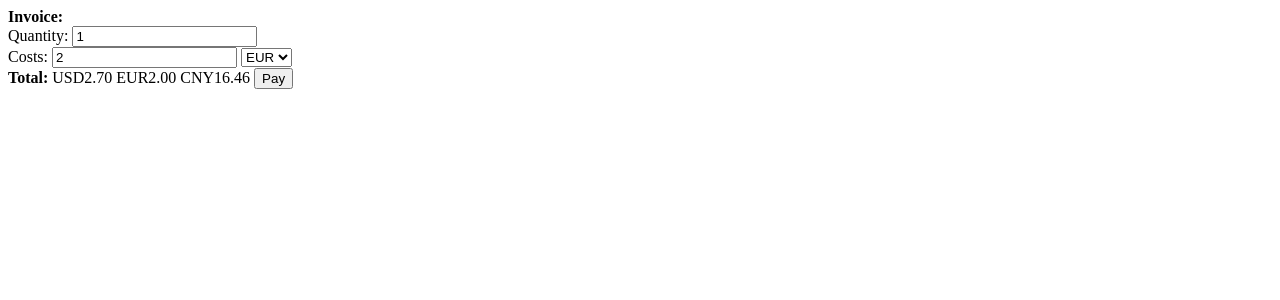
Repository: UtsavChobeD/uangular
Page: angularLearning/WebContent/dependencyInjection.html
These files come from the project's save history. The page is drawn as it stood at one moment and after the next save; the edit follows.
The browser window is 1280 px wide. The pictures show the whole page.
Some web libraries are served in a nearby version.

Above is the page before, as saved 2015-08-27 10:04:56.

After the next save:
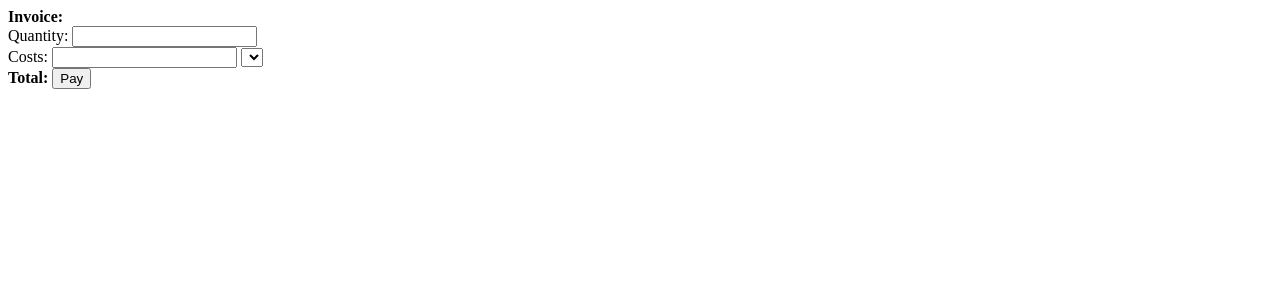
Saved 17 s later.
--- a/angularLearning/WebContent/js/dependencyInjection/invoice2.js
+++ b/angularLearning/WebContent/js/dependencyInjection/invoice2.js
@@ -1,7 +1,7 @@
 (function(angular) {
   'use strict';
 angular.module('invoice2', ['finance2'])
-  .controller('InvoiceController', ['currencyConverter', function(cc) {
+  .controller('InvoiceController', ['currencyConverter1', function(cc) {
     this.qty = 1;
     this.cost = 2;
     this.inCurr = 'EUR';

After the save that followed:
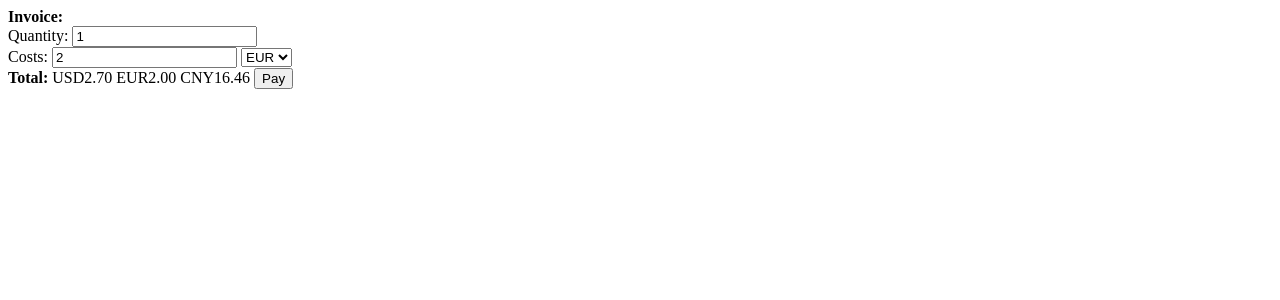
Saved 23 s later.
--- a/angularLearning/WebContent/js/dependencyInjection/invoice2.js
+++ b/angularLearning/WebContent/js/dependencyInjection/invoice2.js
@@ -1,7 +1,7 @@
 (function(angular) {
   'use strict';
 angular.module('invoice2', ['finance2'])
-  .controller('InvoiceController', ['currencyConverter1', function(cc) {
+  .controller('InvoiceController', ['currencyConverter', function(cc) {
     this.qty = 1;
     this.cost = 2;
     this.inCurr = 'EUR';
